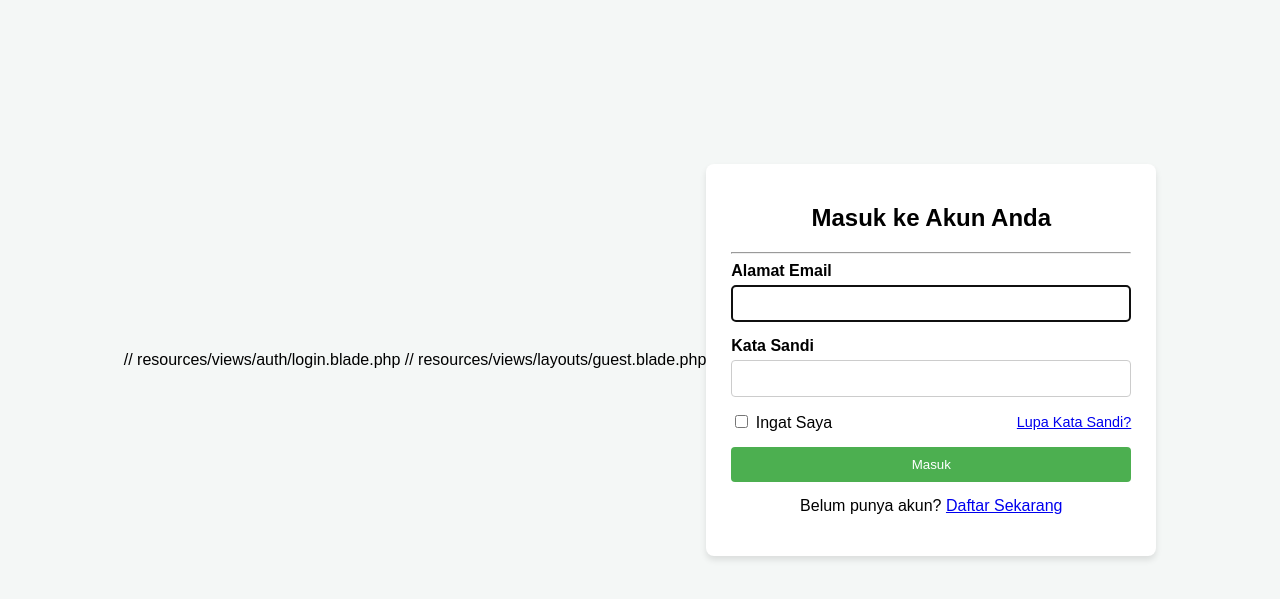
Repository: haritswijaya95/crud-laravel
Page: http://localhost/login
An editor plug-in stored every save of this project. The page is shown before and after the next save, followed by the edit.
The browser window is 1280 px wide. The pictures show the whole page.
The page is served by the project's Laravel application, run on PHP 8.4 with Laravel 12. Other server files are loaded and not shown.

Above is the page before, as saved 2025-12-28 18:52:18.

### app/Providers/AppServiceProvider.php
<?php

namespace App\Providers;

use Illuminate\Support\ServiceProvider;

class AppServiceProvider extends ServiceProvider
{


// app/Providers/RouteServiceProvider.php

    public const HOME = '/produk'; // Ubah dari /dashboard ke /produk
    /**
     * Register any application services.
     */
    public function register(): void
    {
        //
    }

    /**
     * Bootstrap any application services.
     */
    public function boot(): void
    {
        //


    }
}

### routes/web.php
<?php

use Illuminate\Support\Facades\Route;
use App\Http\Controllers\ProdukController;
use App\Http\Controllers\UserController;
use App\Http\Controllers\IndexController;
use App\Http\Controllers\Auth\AuthenticatedSessionController;
use App\Http\Controllers\Auth\RegisteredUserController;
use App\Http\Controllers\Auth\PasswordResetLinkController;
use App\Http\Controllers\Auth\NewPasswordController;

/*
|--------------------------------------------------------------------------
| Public Routes
|--------------------------------------------------------------------------
*/
Route::get('/', function () {
    return view('pages.welcome');
});

/*
|--------------------------------------------------------------------------
| Guest Routes (Hanya bisa diakses jika BELUM login)
|--------------------------------------------------------------------------
*/
Route::middleware('guest')->group(function () {
    // Login
    Route::get('/login', function () { return view('auth.login'); })->name('login');
    Route::post('/login', [AuthenticatedSessionController::class, 'store']);

    // Register
    Route::get('/register', function () { return view('auth.register'); })->name('register');
    Route::post('/register', [RegisteredUserController::class, 'store']);

    // Forgot Password
    Route::get('/forgot-password', function () { return view('auth.forgot-password'); })->name('password.request');
    Route::post('/forgot-password', [PasswordResetLinkController::class, 'store'])->name('password.email');

    // Reset Password
    Route::get('/reset-password/{token}', function ($token) {
        return view('auth.reset-password', ['token' => $token]);
    })->name('password.reset');
    Route::post('/reset-password', [NewPasswordController::class, 'store'])->name('password.update');
});

/*
|--------------------------------------------------------------------------
| Authenticated Routes (Hanya bisa diakses jika SUDAH login)
|--------------------------------------------------------------------------
*/
Route::middleware(['auth', 'verified'])->group(function () {

    // Dashboard
    Route::get('/dashboard', function () {
        return view('pages.dashboard');
    })->name('dashboard');

    // CRUD Produk - Menggunakan Resource agar lebih bersih
    // Ini otomatis mencakup index, create, store, edit, update, destroy, show
    Route::resource('produk', ProdukController::class);

    // Logout
    Route::post('logout', [AuthenticatedSessionController::class, 'destroy'])->name('logout');

    // User Management
    Route::get('/users', [UserController::class, 'index'])->name('users.index');
    Route::resource('index', IndexController::class);
});

### resources/views/auth/login.blade.php
// resources/views/auth/login.blade.php

@extends('layouts.guest')

@section('title', 'Masuk ke Akun Anda')

@section('content')
    @if (session('status'))
        <div style="color: green; margin-bottom: 15px;">
            {{ session('status') }}
        </div>
    @endif

    <form method="POST" action="{{ route('login') }}">
        @csrf

        <div class="form-group">
            <label for="email">Alamat Email</label>
            <input id="email" type="email" name="email" value="{{ old('email') }}" required autofocus>
            @error('email')
                <span class="error-message">{{ $message }}</span>
            @enderror
        </div>

        <div class="form-group">
            <label for="password">Kata Sandi</label>
            <input id="password" type="password" name="password" required autocomplete="current-password">
            @error('password')
                <span class="error-message">{{ $message }}</span>
            @enderror
        </div>

        <div class="form-group" style="display: flex; justify-content: space-between; align-items: center;">
            <div>
                <input type="checkbox" name="remember" id="remember">
                <label for="remember" style="display: inline; font-weight: normal;">Ingat Saya</label>
            </div>

            @if (Route::has('password.request'))
                <a href="{{ route('password.request') }}" style="font-size: 0.9em;">
                    Lupa Kata Sandi?
                </a>
            @endif
        </div>

        <button type="submit" class="btn-primary">
            Masuk
        </button>

        <p class="text-center">
            Belum punya akun? <a href="{{ route('register') }}">Daftar Sekarang</a>
        </p>
    </form>
@endsection

### resources/views/layouts/guest.blade.php
// resources/views/layouts/guest.blade.php

<!DOCTYPE html>
<html lang="{{ str_replace('_', '-', app()->getLocale()) }}">
<head>
    <meta charset="utf-8">
    <meta name="viewport" content="width=device-width, initial-scale=1">
    <title>{{ config('app.name', 'Laravel') }} | @yield('title')</title>

    <style>
        body { font-family: sans-serif; background-color: #f4f7f6; display: flex; justify-content: center; align-items: center; min-height: 100vh; margin: 0; }
        .auth-container { background: white; padding: 25px; border-radius: 8px; box-shadow: 0 4px 6px rgba(0, 0, 0, 0.1); width: 100%; max-width: 400px; }
        .form-group { margin-bottom: 15px; }
        .form-group label { display: block; margin-bottom: 5px; font-weight: bold; }
        .form-group input[type="email"], .form-group input[type="password"], .form-group input[type="text"] { width: 100%; padding: 10px; border: 1px solid #ccc; border-radius: 4px; box-sizing: border-box; }
        .btn-primary { background-color: #4CAF50; color: white; padding: 10px 15px; border: none; border-radius: 4px; cursor: pointer; width: 100%; }
        .text-center { text-align: center; margin-top: 15px; }
        .error-message { color: red; font-size: 0.9em; margin-top: 5px; }
    </style>
</head>
<body>
    <div class="auth-container">
        <h2 class="text-center">@yield('title')</h2>
        <hr>
        @yield('content')
    </div>
</body>
</html>

After the next save:
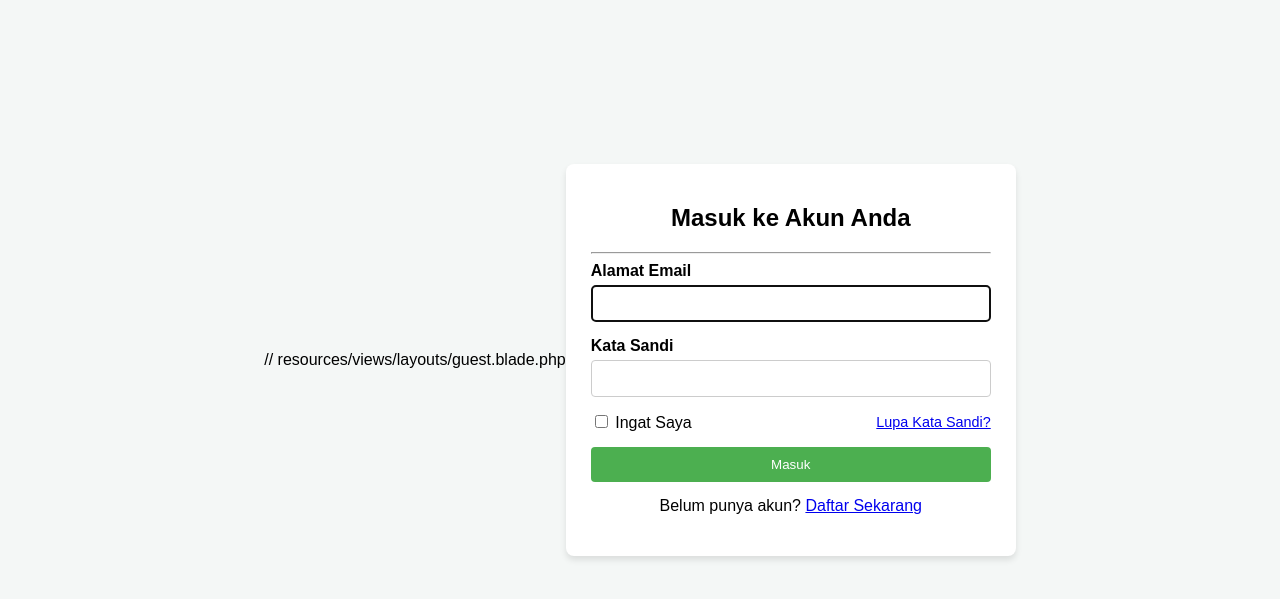
Saved 9 days later.
--- a/resources/views/auth/login.blade.php
+++ b/resources/views/auth/login.blade.php
@@ -1,5 +1,3 @@
-// resources/views/auth/login.blade.php
-
 @extends('layouts.guest')
 
 @section('title', 'Masuk ke Akun Anda')
